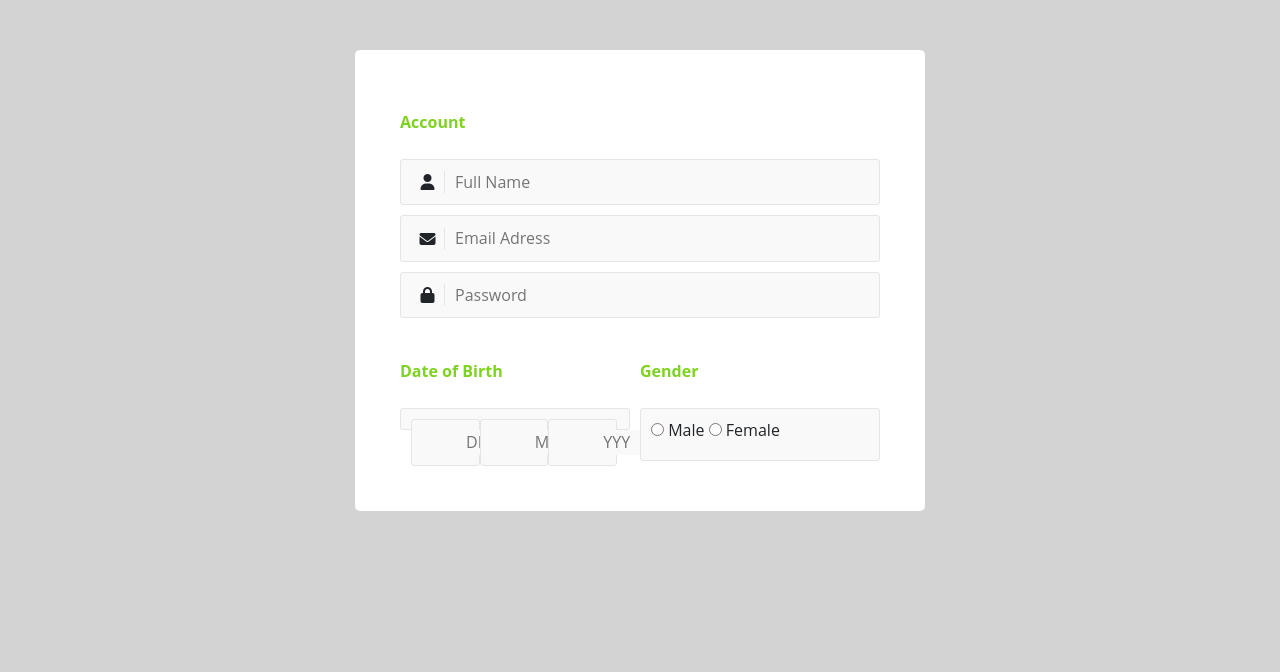
Repository: letrongtinh27/LapTrinhWeb
Page: Payment/index.html
These files come from the project's save history. The page is drawn as it stood at one moment and after the next save; the edit follows.
The browser window is 1280 px wide. The pictures show the whole page.

Above is the page before, as saved 2022-10-11 21:18:51.

### Payment/index.html
<!DOCTYPE html>
<html lang="en">
<head>
    <meta charset="UTF-8">
    <meta http-equiv="X-UA-Compatible" content="IE=edge">
    <meta name="viewport" content="width=device-width, initial-scale=1.0">
    <title>Document</title>
    <link rel="stylesheet" href="./reset.css">
    <link rel="stylesheet" href="./style.css">
    <link rel="stylesheet" href="https://cdn.jsdelivr.net/npm/bootstrap@4.3.1/dist/css/bootstrap.min.css" integrity="sha384-ggOyR0iXCbMQv3Xipma34MD+dH/1fQ784/j6cY/iJTQUOhcWr7x9JvoRxT2MZw1T" crossorigin="anonymous">
    <link rel="stylesheet" href="https://cdnjs.cloudflare.com/ajax/libs/font-awesome/6.2.0/css/all.min.css" integrity="sha512-xh6O/CkQoPOWDdYTDqeRdPCVd1SpvCA9XXcUnZS2FmJNp1coAFzvtCN9BmamE+4aHK8yyUHUSCcJHgXloTyT2A==" crossorigin="anonymous" referrerpolicy="no-referrer" />
</head>
<body>
    <div class="payment">
        <form action="#" class="form-payment">
            <h4 class="title">Account</h4>
            <div class="form-group">
            <div class="form-item">
                <input type="text" placeholder="Full Name">
                <div class="icon icon-name">
                    <i class="fa-solid fa-user"></i>
                </div>
            </div>
            <div class="form-item">
                <input type="email" placeholder="Email Adress">
                <div class="icon icon-email">
                    <i class="fa-solid fa-envelope"></i>
                </div>
            </div>
            <div class="form-item">
                <input type="password" placeholder="Password">
                <div class="icon icon-pass">
                    <i class="fa-solid fa-lock"></i>
                </div>
            </div>
        </div>
        <div class="form-group2">
                <div class="group-left">
                <h4 class="title">Date of Birth</h4>
                <div class="form-item">
                    <div class="col-third"> <input type="number" placeholder="DD"></div>
                    <div class="col-third"> <input type="number" placeholder="MM"></div>
                    <div class="col-third"> <input type="number" placeholder="YYY"></div>

                </div>
            </div>
            <div class="group-right">
                <h4 class="title">Gender</h4>
                <div class="form-item">
                    <input type="radio" placeholder="DD">
                    <label for="">Male</label>
                    <input type="radio" placeholder="MM">
                    <label for="">Female</label>
                </div>
            </div>
        </div>

            <!-- <div class="form-item">
                <div class="card">
                    <input type="radio"> Credit Card
                    <i class="fa-brands fa-cc-visa"></i>
                </div>
                <div class="card">
                    <input type="radio"> Paypal
                    <i class="fa-brands fa-cc-paypal"></i>
                </div>
                </div> -->
                <!-- <div class="form-item">
                    <input type="text" placeholder="Card Number">
                    <div class="icon icon-card">
                        <i class="fa-solid fa-credit-card"></i>
                    </div>
                </div> -->
                <!-- <div class="form-item">
                   <div class="left">
                    <select name="" id="">
                        <option value="">01 Jan</option>
                        <option value="">02 Jan</option>
                    </select>
                    <select name="" id="">
                        <option value="">2015</option>
                        <option value="">2016</option>
                    </select>
                   </div>
                </div> -->
                <!-- <div class="form-item">
                    <h4 class="title">Terms and Conditions</h4>
                    <input type="radio">
                    <label for="">I accept the term and conditions for signing up to this service, and here by confirm i have read the privacy policy.</label>
                </div> -->
        </form>
    </div>
</body>
</html>

### Payment/style.css
/* https://codepen.io/josecarneiro/pen/Kwbapp @import: "libs/base.less"; */
body {
    font-family: 'Open Sans',sans-serif !important;
    background-color: lightgray !important;
}
.payment{
    width: 100%;
    max-width: 570px;
    margin: 50px auto;
    justify-content: center;
    align-items: center;
    display: flex;
    border-radius: 5px;
    background-color: #fff;
    padding: 35px 45px;
}
.form-payment{
    font-family: 'Open Sans',sans-serif;
}
.title{
    color: #7ed321;
    font-size: 16px;
    font-weight: bold;
    line-height: 1.5;
    margin: 25px 0px;
}
.form-group{
    position: relative;

}
.form-item, .form-group2 .form-item .col-third {
    width: 100%;
    padding: 10px;
    line-height: 1.4;
    border: 1px solid #e5e5e5;
    border-radius: 3px;
    background-color: #f9f9f9;
    margin-bottom: 10px;
}

.form-item > input, .col-third > input{
    padding-left: 44px;
    border: 0;
    outline: none;
    background-color: #f9f9f9;
    margin: 0 auto;
}


.icon {
    display: block;
    position: absolute;
    width: 34px;
    text-align: center;
    border-right: 1px solid #e5e5e5;
}
.icon-name{
    top: 12px;
}
.icon-email{
    top: 69px;
}

.icon-pass {
    top: 125px;
}

.icon-card {
    top: 777px;
}

.form-group2 {
    display: block;
    width: 100%;
    height: 125px;
}

.group-left{
    padding-right: 10px;
    width: 50%;
    float: left;
}
.group-right{
    width: 50%;
    float: left;

}
.form-group2 .form-item .col-third{
    padding-right: 10px;
    float: left;
    width: 33%;
}

.card{

}
.right{

}
.left{

}

Loaded but not shown: Payment/reset.css (common file)

After the next save:
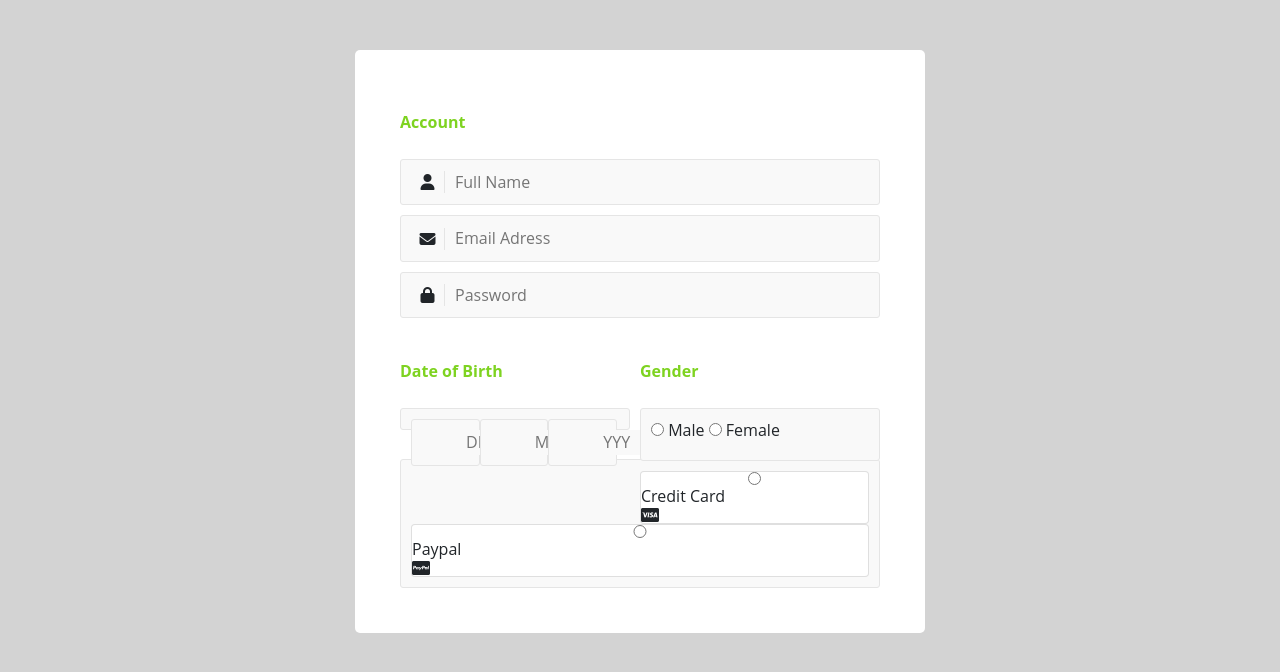
Saved 8 s later.
--- a/Payment/index.html
+++ b/Payment/index.html
@@ -55,7 +55,7 @@
             </div>
         </div>
 
-            <!-- <div class="form-item">
+            <div class="form-item">
                 <div class="card">
                     <input type="radio"> Credit Card
                     <i class="fa-brands fa-cc-visa"></i>
@@ -64,7 +64,7 @@
                     <input type="radio"> Paypal
                     <i class="fa-brands fa-cc-paypal"></i>
                 </div>
-                </div> -->
+                </div>
                 <!-- <div class="form-item">
                     <input type="text" placeholder="Card Number">
                     <div class="icon icon-card">

After the save that followed:
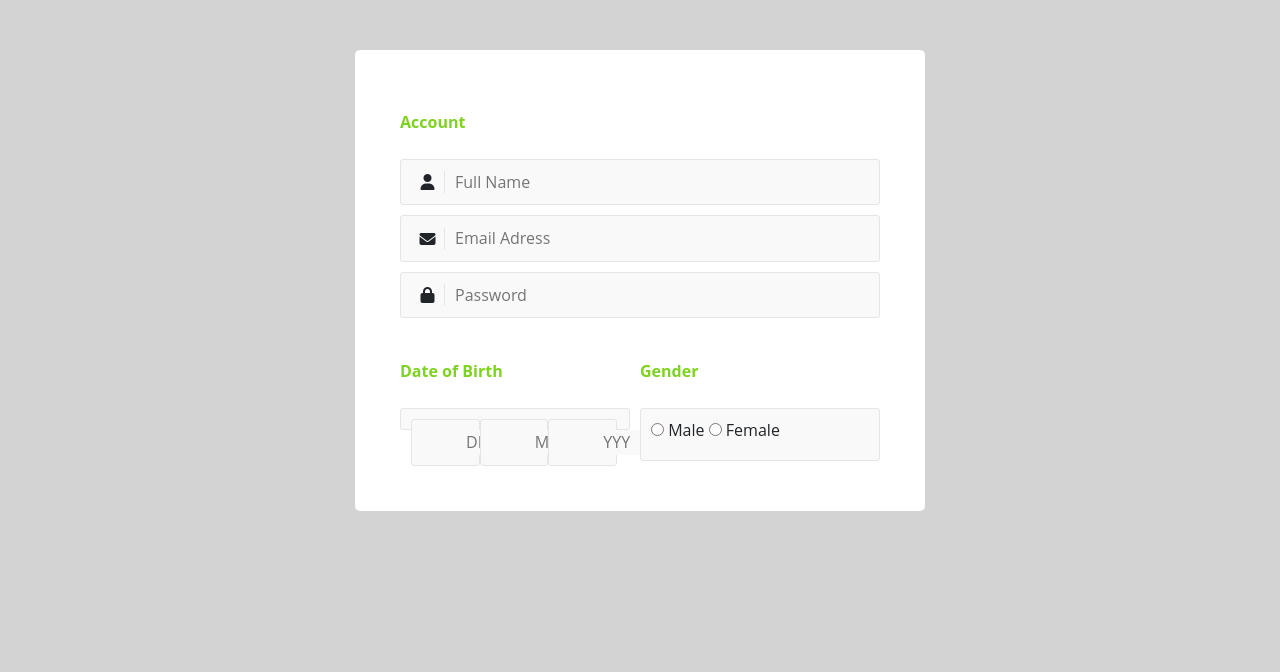
Saved 5 s later.
--- a/Payment/index.html
+++ b/Payment/index.html
@@ -55,7 +55,7 @@
             </div>
         </div>
 
-            <div class="form-item">
+            <!-- <div class="form-item">
                 <div class="card">
                     <input type="radio"> Credit Card
                     <i class="fa-brands fa-cc-visa"></i>
@@ -64,7 +64,7 @@
                     <input type="radio"> Paypal
                     <i class="fa-brands fa-cc-paypal"></i>
                 </div>
-                </div>
+                </div> -->
                 <!-- <div class="form-item">
                     <input type="text" placeholder="Card Number">
                     <div class="icon icon-card">
